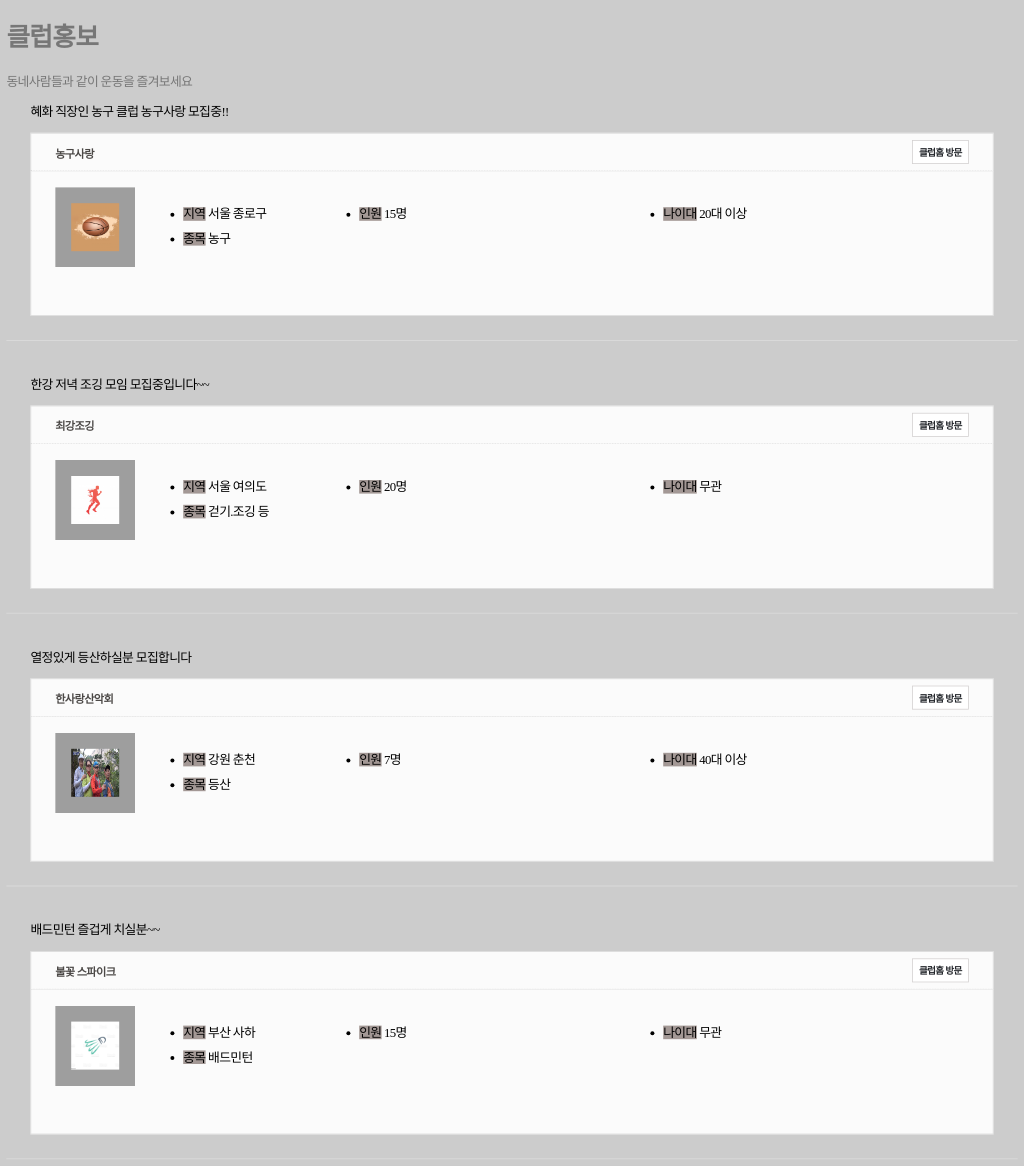
Repository: jaemin333/study
Page: club.html
An editor plug-in stored every save of this project. The page is shown before and after the next save, followed by the edit.
The browser window is 1280 px wide. The pictures show the whole page, at 80% of full size.
Pictures or frames that could not be fetched are drawn as grey boxes.

Above is the page before, as saved 2021-07-02 21:52:27.

### club.html
<!DOCTYPE html>
<html lang="ko">
<head>
    <meta charset="UTF-8">
    <meta http-equiv="X-UA-Compatible" content="IE=edge">
    <meta name="viewport" content="width=device-width, initial-scale=1.0">
    <link rel ="stylesheet" type = "text/css" href = "style.css">
    <title>club</title>
</head>
<body>
    <div class="title">
        <h1 class="h1">클럽홍보</h1>
        <span class = "sentence">동네사람들과 같이 운동을 즐겨보세요</span>
    </div>

    <div class = "clubList">
    <div class = "clubBox">
        <p class = "clubTip">
            <a>혜화 직장인 농구 클럽 농구사랑 모집중!!</a>
        </p>
    <div class ="cbClubName">
        <a>농구사랑</a>
        <a class ="iButton">클럽홈 방문</a>
    </div>

    <div class ="cbInfo">
        <div class="cbMark">
            <span class="clubmark">
                <img src = "bask.png" width="60" height=60">
        </div>
    <ul>
        <li>
            <span class = "info dark">지역</span>
             서울 종로구
        </li>
        <li style = "width:380px;">
            <span class = "info dark">인원</span>
             15명
        </li>
        <li style = "width:380px;">
            <span class = "info dark">나이대</span>
             20대 이상
        </li>
        <li style = "width:380px;">
            <span class = "info dark">종목</span>
             농구
        </li>
    </ul>
    </div>
    </div>
    </div>

    <div class = "clubList">
        <div class = "clubBox">
            <p class = "clubTip">
                <a>한강 저녁 조깅 모임 모집중입니다~~</a>
            </p>
        <div class ="cbClubName">
            <a>최강조깅</a>
            <a class ="iButton">클럽홈 방문</a>
        </div>

        <div class ="cbInfo">
            <div class="cbMark">
                <span class="clubmark">
                    <img src = "run.jpg" width="60" height="60">
            </div>
        <ul>
            <li>
                <span class = "info dark">지역</span>
                 서울 여의도
            </li>
            <li style = "width:380px;">
                <span class = "info dark">인원</span>
                 20명
            </li>
            <li style = "width:380px;">
                <span class = "info dark">나이대</span>
                 무관
            </li>
            <li style = "width:380px;">
                <span class = "info dark">종목</span>
                 걷기.조깅 등
            </li>
        </ul>
        </div>
        </div>
        </div>

        <div class = "clubList">
            <div class = "clubBox">
                <p class = "clubTip">
                    <a>열정있게 등산하실분 모집합니다</a>
                </p>
            <div class ="cbClubName">
                <a>한사랑산악회</a>
                <a class ="iButton">클럽홈 방문</a>
            </div>

            <div class ="cbInfo">
                <div class="cbMark">
                    <span class="clubmark">
                        <img src = "hike.png" width="60" height="60">
                </div>
            <ul>
                <li>
                    <span class = "info dark">지역</span>
                     강원 춘천
                </li>
                <li style = "width:380px;">
                    <span class = "info dark">인원</span>
                     7명
                </li>
                <li style = "width:380px;">
                    <span class = "info dark">나이대</span>
                     40대 이상
                </li>
                <li style = "width:380px;">
                    <span class = "info dark">종목</span>
                     등산
                </li>
            </ul>
            </div>
            </div>
            </div>


            <div class = "clubList">
                <div class = "clubBox">
                    <p class = "clubTip">
                        <a>배드민턴 즐겁게 치실분~~</a>
                    </p>
                <div class ="cbClubName">
                    <a>불꽃 스파이크</a>
                    <a class ="iButton">클럽홈 방문</a>
                </div>

                <div class ="cbInfo">
                    <div class="cbMark">
                        <span class="clubmark">
                            <img src = "badminton.jpg" width="60" height="60">
                    </div>
                <ul>
                    <li>
                        <span class = "info dark">지역</span>
                         부산 사하
                    </li>
                    <li style = "width:380px;">
                        <span class = "info dark">인원</span>
                         15명
                    </li>
                    <li style = "width:380px;">
                        <span class = "info dark">나이대</span>
                         무관
                    </li>
                    <li style = "width:380px;">
                        <span class = "info dark">종목</span>
                         배드민턴
                    </li>
                </ul>
                </div>
                </div>
                </div>








</body>
</html>

### style.css
div {
    display:block;
}



body {
    background-color: #ccc;
    word-break: break-all;
    -ms-word-break: break-all;
    letter-spacing: -0.050em;
}


.clubBox{
    position: relative;
    padding: 25px 30px 30px 30px;
    border-bottom: 1px solid #dddddd;
}


ul{
    display: block;
    margin-block-start: 1em;
    margin-block-end: 1em;
    margin-inline-start: 0px;
    margin-inline-end: 0px;
    padding-inline-start: 40px;
}

.clubBox li .info.dark{
    background-color: #a39895;
}

.iButton {
    display: inline-block;
    height: 18px;
    padding: 5px 8px;
    font-size: 12px;
    font-weight: bold;
    color: #24272c;
    text-align: center;
    background-color: white;
    border: 1px solid #d4d1d1;
}

.clubBox .iButton {
    position: absolute;
    top: 8px;
    right: 30px;
}

li {
    display: list-item;
    text-align: -webkit-match-parent;
}

.clubBox .cbInfo li {
    float: left;
    width: 220px;
    margin: 4px 0 3px 0;
    font-size: 16px;
    color: black;
}

.cbClubName {
    padding-bottom: 10px;
}

.clubBox .cbInfo {
    position: relative;
    padding: 20px;
    padding-left: 150px;
    border: 1px solid #dadada;
    border-top: 0;
    background-color: #fbfbfb;
    height:140px;
}

.clubBox .clubTit {
    margin-bottom: 15px;
    font-size: 16px;
    font-weight: bold;
    color: black;
}

p {
    display: block;
    margin-block-start: 1em;
    margin-block-end: 1em;
    margin-inline-start: 0px;
    margin-inline-end: 0px;
}

.clubBox .cbClubName {
    position: relative;
    padding: 14px 30px 12px 30px;
    font-size: 14px;
    font-weight: bold;
    color: #4b4846;
    border: 1px solid #dadada;
    border-bottom: 1px dotted #dddddd;
    background-color: #fbfbfb;
}

.clubBox .cbMark {
    position: absolute;
    top: 20px;
    left: 30px;
    background: url(https://img.sa.nexon.com/assets/clan/clamark_bg.jpg) no-repeat;
    width: 60px;
    height: 60px;
    padding: 20px 20px;
}

.clubTip a {
    color: black;
    text-decoration: none;
}

.title {
    position: relative;
    height: 39px;
    margin: 0 0 25px 0;
    font-size: 16px;
    color: #777777;
}

After the next save:
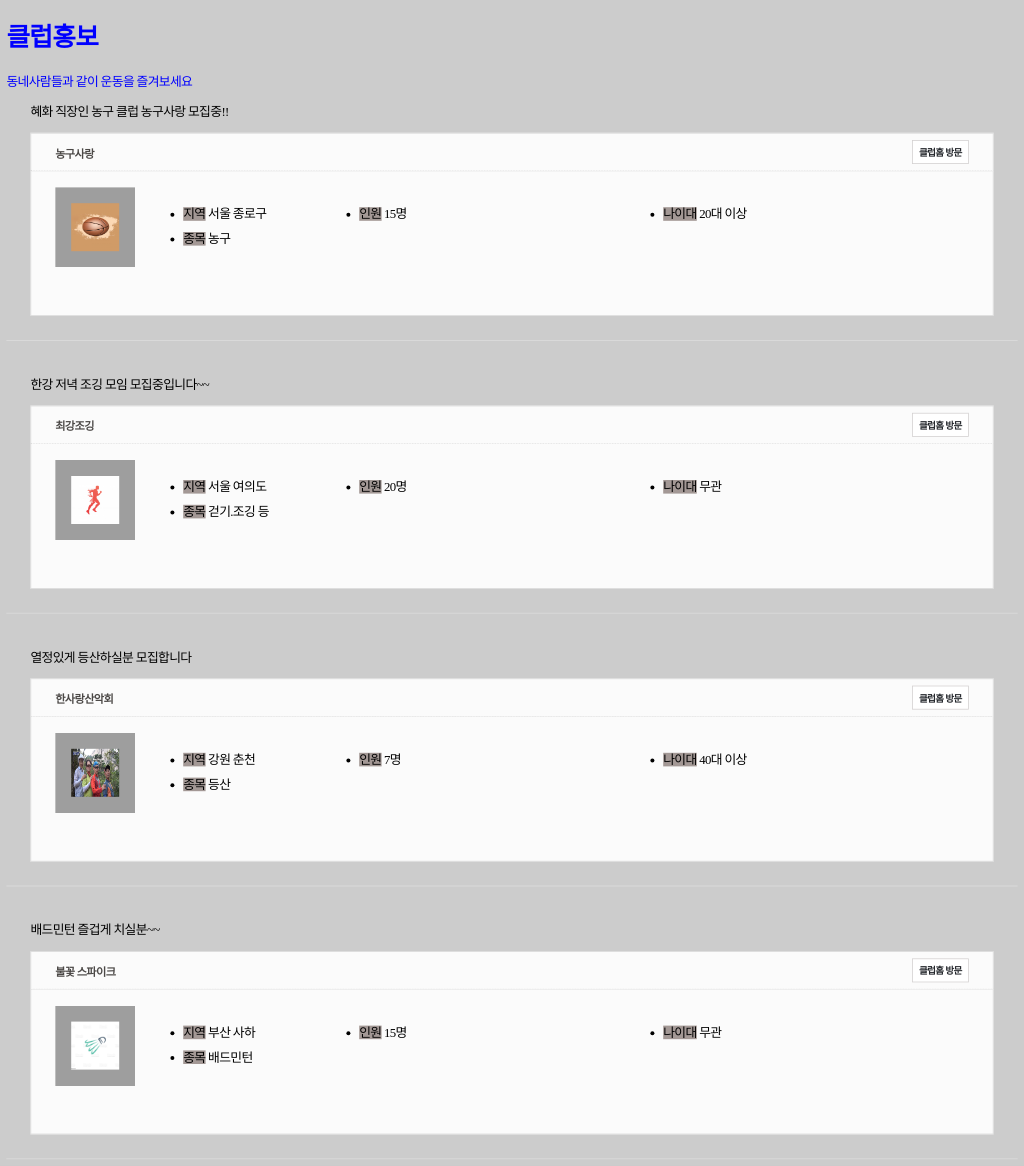
Saved 56 s later.
--- a/style.css
+++ b/style.css
@@ -123,5 +123,5 @@ p {
     height: 39px;
     margin: 0 0 25px 0;
     font-size: 16px;
-    color: #777777;
+    color: blue;
 }
